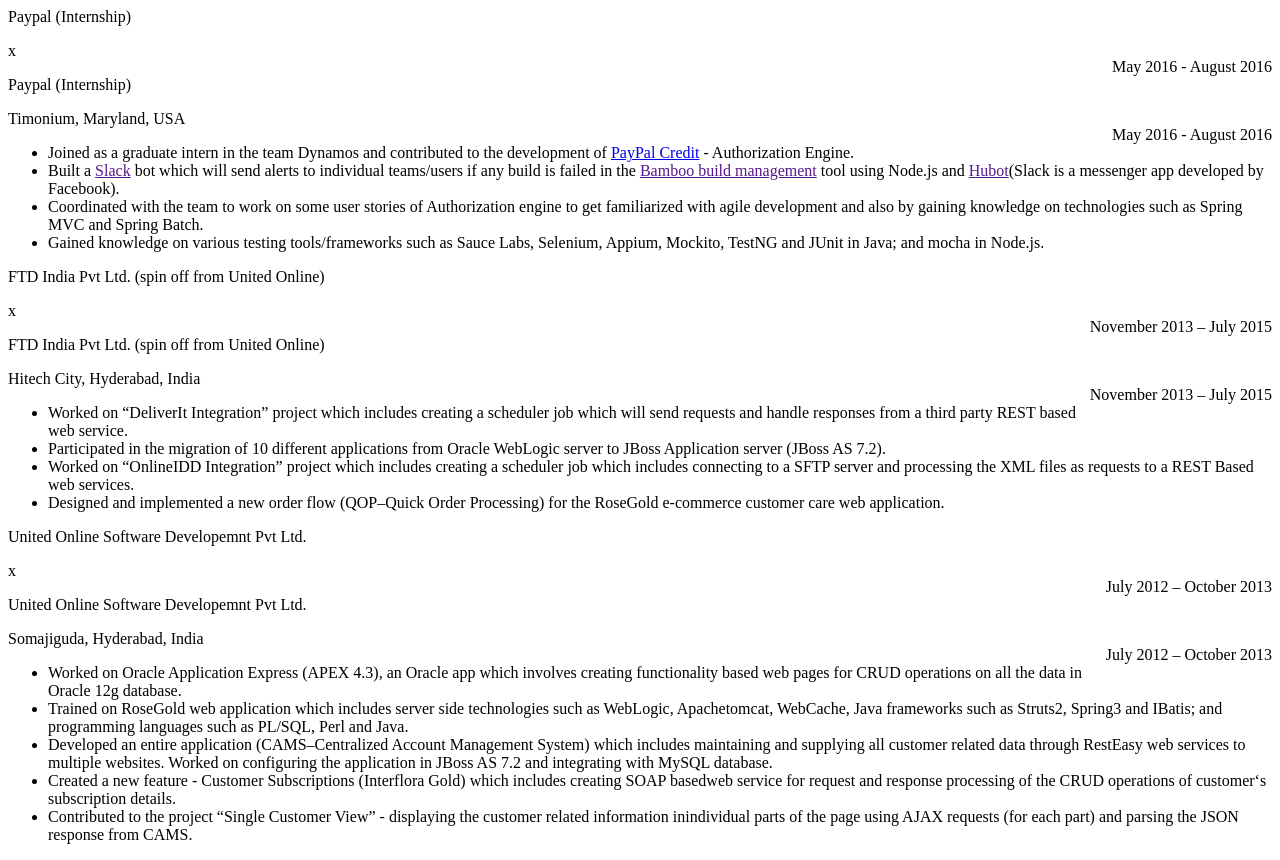
Repository: phanindrakannaji/Resume
Page: http://localhost/application/pages/experience.php
The author's editor kept a copy of each file at every save. The page is drawn from the files as they stood at one save, then again after the next save.
The browser window is 1280 px wide. The pictures show the whole page.
The page is run by PHP 8.4 with error messages shown; the project is at /var/www/html/.

Above is the page before, as saved 2016-09-25 17:05:09.
Console error: ReferenceError: $ is not defined

### Resume/application/pages/experience.php
<script type="text/javascript"
	src="../resources/scripts/refreshScript.js"></script>
<div class="divExperience customfont2">
	<div class="divExperienceHeading">
		<p class="expHeading">Paypal (Internship)</p>
		<p class="expHeadingContent" style="float: right;">May 2016 - August
			2016</p>
	</div>
	<div class="divExperienceWork modal">
		<div class="modal-content">
			<span class="close">x</span>
			<p class="expHeading">Paypal (Internship)</p>
			<p class="expHeadingContent" style="float: right;">May 2016 - August
				2016</p>
			<p class="expHeadingContent divExperiencelocation ">Timonium,
				Maryland, USA</p>
			<ul>
				<li>Joined as a graduate intern in the team Dynamos and contributed
					to the development of <a
					href="https://en.wikipedia.org/wiki/PayPal_Credit" target="blank">PayPal
						Credit</a> - Authorization Engine.
				</li>
				<li>Built a <a href="" target="blank">Slack</a> bot which will send
					alerts to individual teams/users if any build is failed in the <a
					href="" target="blank">Bamboo build management</a> tool using
					Node.js and <a href="" target="blank">Hubot</a>(Slack is a
					messenger app developed by Facebook).
				</li>
				<li>Coordinated with the team to work on some user stories of
					Authorization engine to get familiarized with agile development and
					also by gaining knowledge on technologies such as Spring MVC and
					Spring Batch.</li>
				<li>Gained knowledge on various testing tools/frameworks such as
					Sauce Labs, Selenium, Appium, Mockito, TestNG and JUnit in Java;
					and mocha in Node.js.</li>
			</ul>
		</div>
	</div>
</div>

<div class="divExperience customfont2">
	<div class="divExperienceHeading">
		<p class="expHeading">FTD India Pvt Ltd. (spin off from United Online)</p>
		<p class="expHeadingContent" style="float: right;">November 2013 –
			July 2015</p>
	</div>
	<div class="divExperienceWork modal">
		<div class="modal-content">
			<span class="close">x</span>
			<p class="expHeading">FTD India Pvt Ltd. (spin off from United
				Online)</p>
			<p class="expHeadingContent" style="float: right;">November 2013 –
				July 2015</p>
			<p class=" expHeadingContent divExperiencelocation ">Hitech City,
				Hyderabad, India</p>
			<ul>
				<li>Worked on “DeliverIt Integration” project which includes
					creating a scheduler job which will send requests and handle
					responses from a third party REST based web service.</li>
				<li>Participated in the migration of 10 different applications from
					Oracle WebLogic server to JBoss Application server (JBoss AS 7.2).</li>
				<li>Worked on “OnlineIDD Integration” project which includes
					creating a scheduler job which includes connecting to a SFTP server
					and processing the XML files as requests to a REST Based web
					services.</li>
				<li>Designed and implemented a new order flow (QOP–Quick Order
					Processing) for the RoseGold e-commerce customer care web
					application.</li>
			</ul>
		</div>
	</div>
</div>

<div class="divExperience customfont2">
	<div class="divExperienceHeading">
		<p class="expHeading">United Online Software Developemnt Pvt Ltd.</p>
		<p class="expHeadingContent" style="float: right;">July 2012 – October
			2013</p>
	</div>
	<div class="divExperienceWork modal">
		<div class="modal-content">
			<span class="close">x</span>
			<p class="expHeading">United Online Software Developemnt Pvt Ltd.</p>
			<p class="expHeadingContent" style="float: right;">July 2012 –
				October 2013</p>
			<p class="expHeadingContent divExperiencelocation ">Somajiguda,
				Hyderabad, India</p>
			<ul>
				<li>Worked on Oracle Application Express (APEX 4.3), an Oracle app
					which involves creating functionality based web pages for CRUD
					operations on all the data in Oracle 12g database.</li>
				<li>Trained on RoseGold web application which includes server side
					technologies such as WebLogic, Apachetomcat, WebCache, Java
					frameworks such as Struts2, Spring3 and IBatis; and programming
					languages such as PL/SQL, Perl and Java.</li>
				<li>Developed an entire application (CAMS–Centralized Account
					Management System) which includes maintaining and supplying all
					customer related data through RestEasy web services to multiple
					websites. Worked on configuring the application in JBoss AS 7.2 and
					integrating with MySQL database.</li>
				<li>Created a new feature - Customer Subscriptions (Interflora Gold)
					which includes creating SOAP basedweb service for request and
					response processing of the CRUD operations of customer‘s
					subscription details.</li>
				<li>Contributed to the project “Single Customer View” - displaying
					the customer related information inindividual parts of the page
					using AJAX requests (for each part) and parsing the JSON response
					from CAMS.</li>
			</ul>
		</div>
	</div>
</div>
<script type="text/javascript" src="../resources/scripts/experience.js"></script>

### Resume/resources/scripts/refreshScript.js
$(document).ready(function(){
	$("#commandInput").keypress(function(e){
		keypressInBox(e);
	});
	$("#commandInput").focus();
})

### Resume/resources/scripts/experience.js
$(document).ready(function(){
	$('.divExperienceHeading').click(function(){
		$(this).parent().children().last().css("display", "block");
	});
	var span = $(".close")[0];
	$(".close").click(function() {
	    $(this).parent().parent().css("display", "none");
	});
});

After the next save:
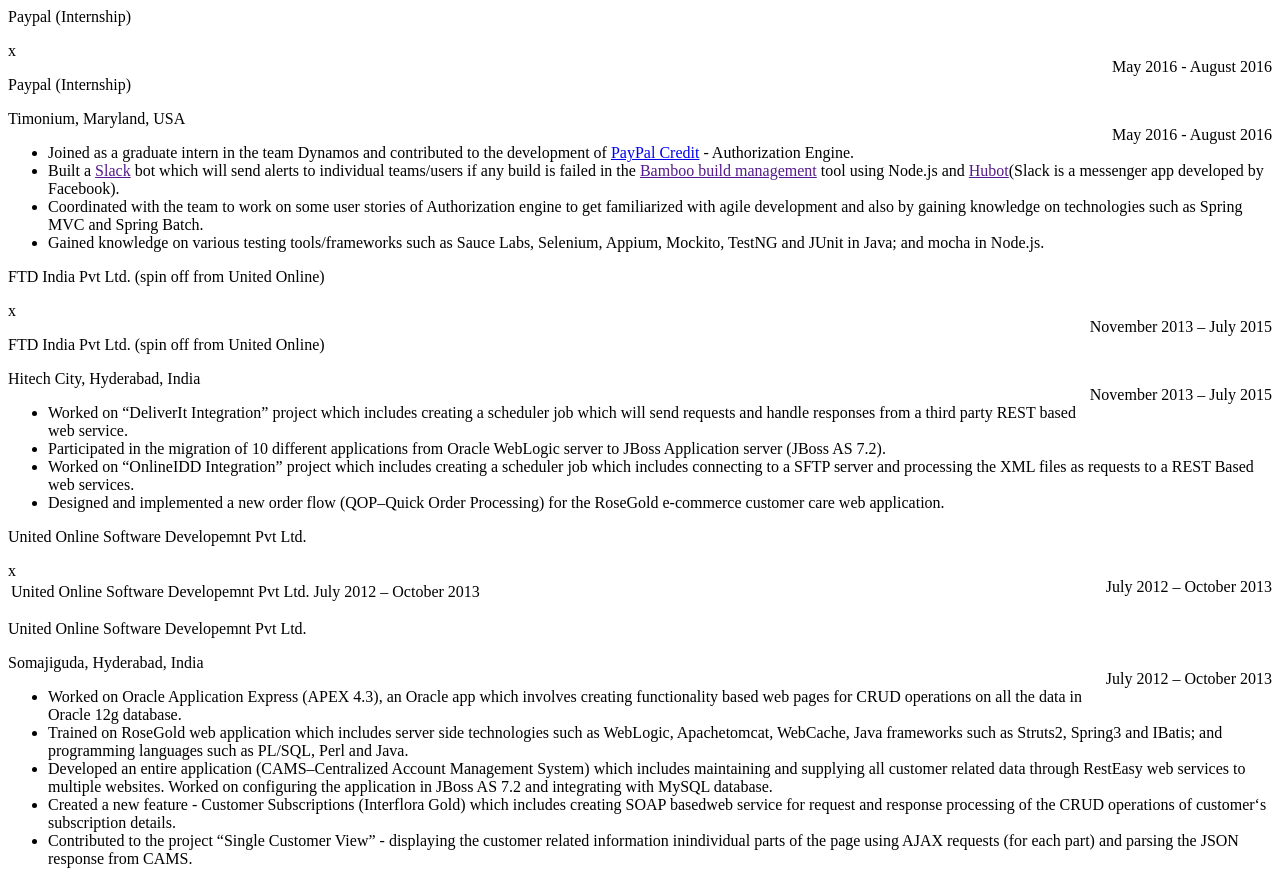
Saved 74 s later.
--- a/Resume/application/pages/experience.php
+++ b/Resume/application/pages/experience.php
@@ -80,6 +80,13 @@
 	<div class="divExperienceWork modal">
 		<div class="modal-content">
 			<span class="close">x</span>
+			<table>
+			<tr>
+			<td>United Online Software Developemnt Pvt Ltd.</td>
+			<td>July 2012 – October 2013</td>
+			</tr>
+			</table>
+
 			<p class="expHeading">United Online Software Developemnt Pvt Ltd.</p>
 			<p class="expHeadingContent" style="float: right;">July 2012 –
 				October 2013</p>
